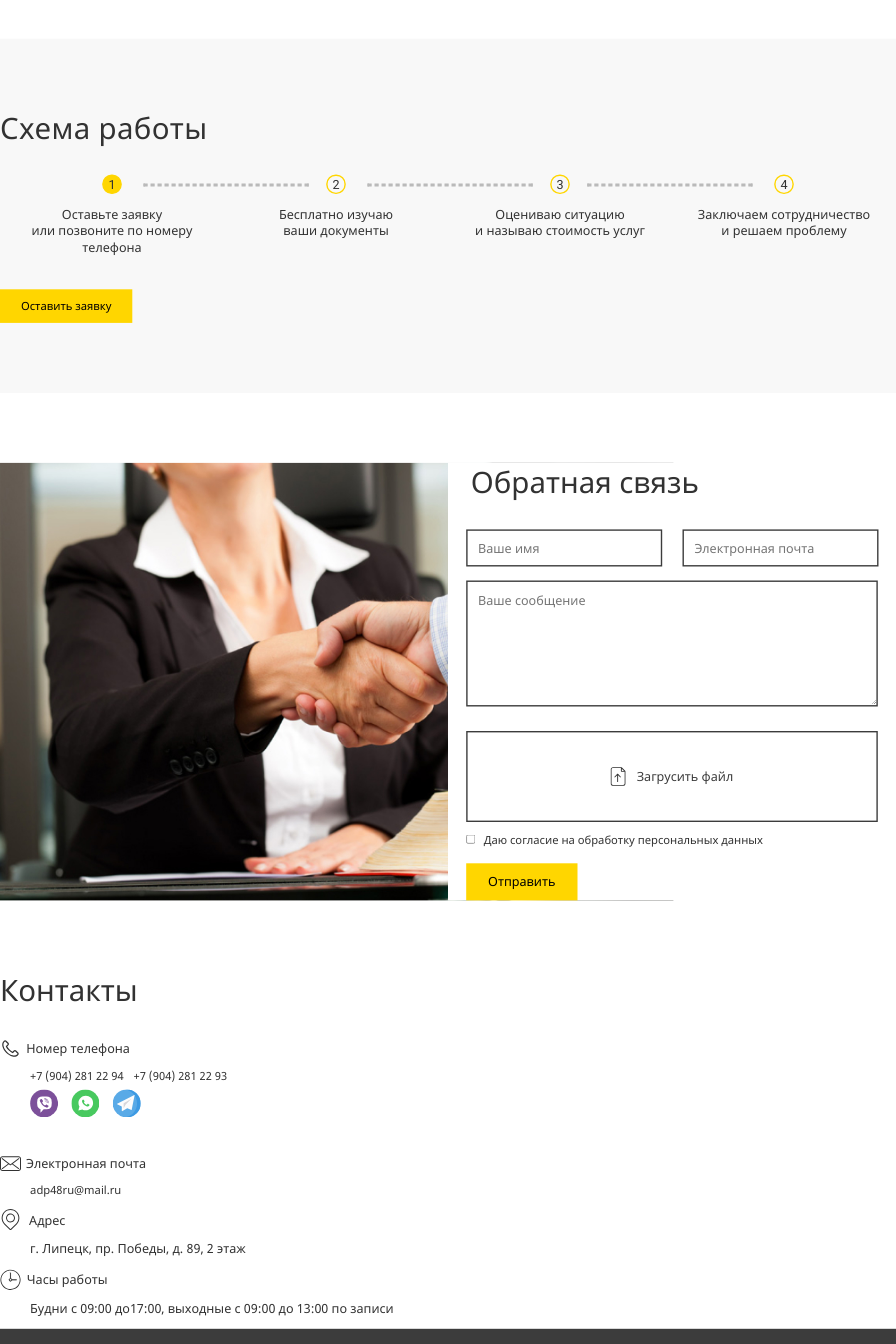
Repository: Nisovaki/antei
Page: http://localhost/
These files come from the project's save history. The page is drawn as it stood at one moment and after a run of saves; the edit follows.
The browser window is 1280 px wide. The pictures show the part of the page from y = 4065 to 5985 px (the page is 6047 px tall before and 6045 px after), at 70% of full size.
The page is run by PHP 8.4 with error messages shown; the project is at /var/www/html/. Style sheets and scripts are compiled from the project's sources, by tool versions that may differ from the author's.

Above is the page before, as saved 2022-03-19 02:52:19.

After the next 2 saves:
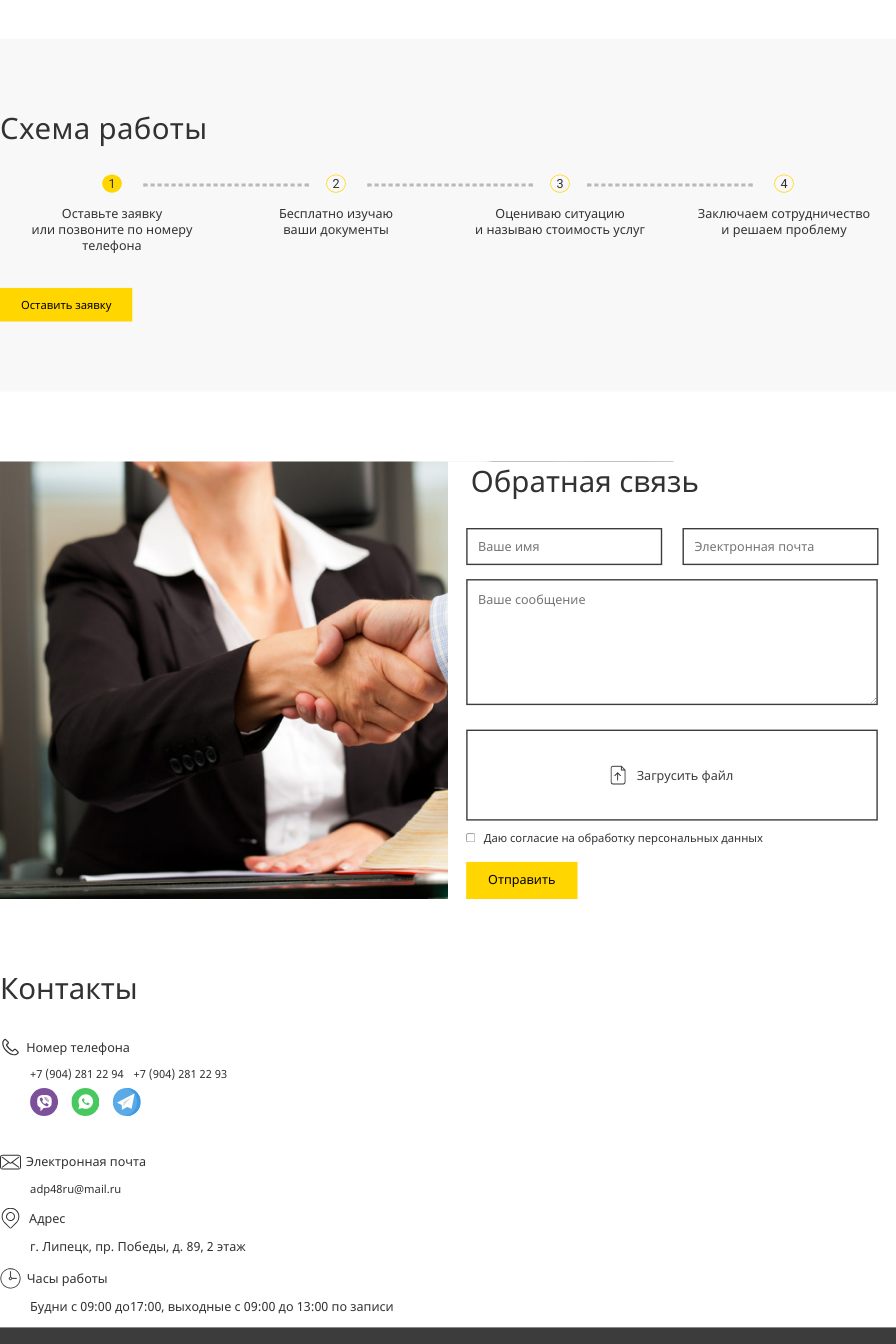
The 2 saves are shown as one change because they came seconds apart.
The last was saved 36 s later.
--- a/sass/block/_scheme.sass
+++ b/sass/block/_scheme.sass
@@ -21,7 +21,7 @@
             margin: auto
             font-family: "Roboto"
             border-radius: 50%
-            border: 2px solid $btn-color
+            border: 1px solid $btn-color
             &--color
                 background-color: $btn-color
         &__text
